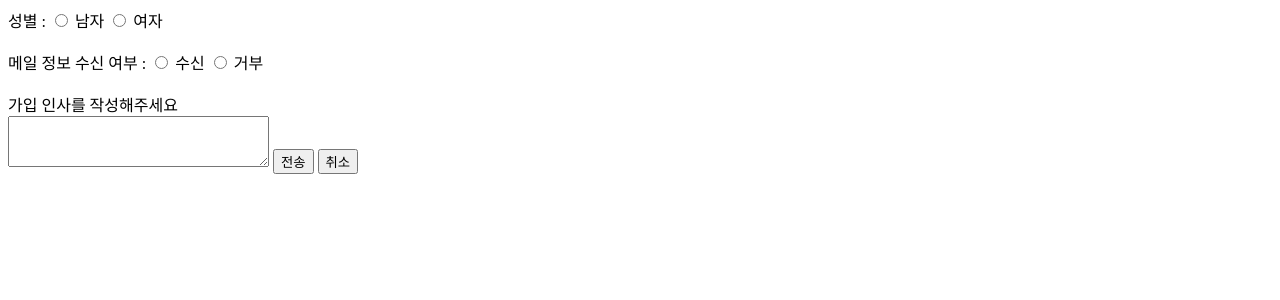
Repository: minimelody/servlet
Page: webworkspace2/web1/WebContent/views/ex1/radio.html
These files come from the project's save history. The page is drawn as it stood at one moment and after the next save; the edit follows.
The browser window is 1280 px wide. The pictures show the whole page.

Above is the page before, as saved 2018-05-17 08:34:32.

### webworkspace2/web1/WebContent/views/ex1/radio.html
<!DOCTYPE html>
<html>
<head>
<meta charset="UTF-8">
<title>Insert title here</title>
</head>
<body>
	<form action="/web1/radio" method="get">
		성별 :
		<input type="radio" name="gender" value="남자"> 남자
		<input type="radio" name="gender" value="여자"> 여자
		<br><br>
		메일 정보 수신 여부 :
		<input type="radio" name="mail" value="yes"> 수신
		<input type="radio" name="mail" value="no"> 거부
		<br><br>
		가입 인사를 작성해주세요<br>
		<textarea cols="30" rows="3"></textarea>
		<input type="submit" value="전송">
		<input type="reset" value="취소">
	</form>
</body>
</html>

After the next save:
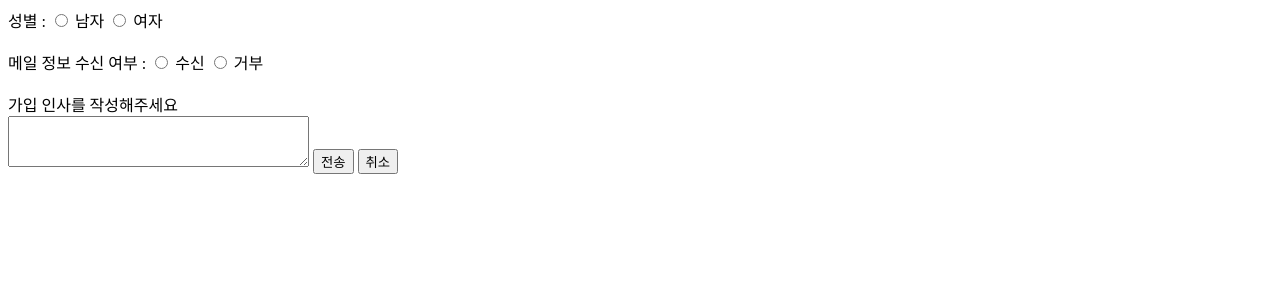
Saved 6 s later.
--- a/webworkspace2/web1/WebContent/views/ex1/radio.html
+++ b/webworkspace2/web1/WebContent/views/ex1/radio.html
@@ -15,7 +15,7 @@
 		<input type="radio" name="mail" value="no"> 거부
 		<br><br>
 		가입 인사를 작성해주세요<br>
-		<textarea cols="30" rows="3"></textarea>
+		<textarea cols="35" rows="3"></textarea>
 		<input type="submit" value="전송">
 		<input type="reset" value="취소">
 	</form>
